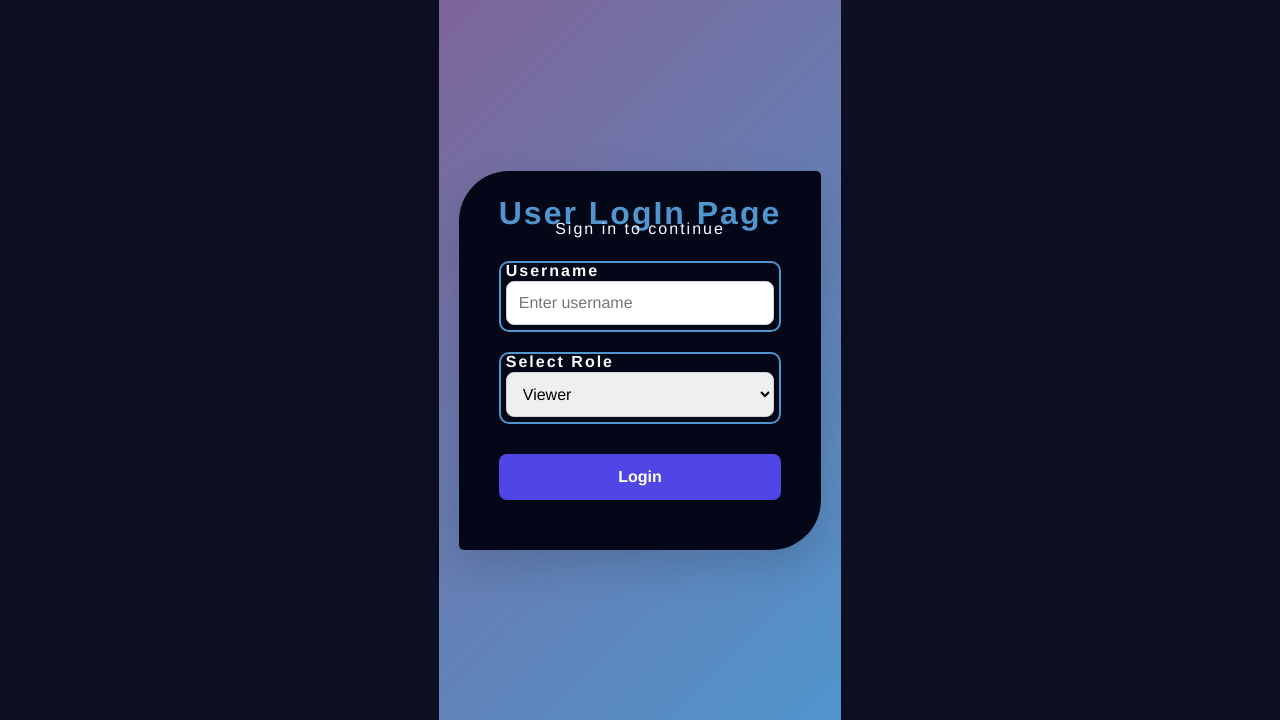
Repository: SolomonChinonso/myUserDashboard
Page: / (app in my-user-dashboard-app/)
The author's editor kept a copy of each file at every save. The page is drawn from the files as they stood at one save, then again after the next save.
The browser window is 1280 px wide. The pictures show the whole page.
The project was rebuilt for these pictures with package versions that can differ from the ones it lists, and the page was loaded fresh each time. Also part of the build but not shown: my-user-dashboard-app/vite.config.ts, my-user-dashboard-app/src/App.css, my-user-dashboard-app/src/pages/Dashboard.tsx, my-user-dashboard-app/src/pages/Profile.tsx, my-user-dashboard-app/src/pages/Settings.tsx, my-user-dashboard-app/src/components/Navbar.tsx, my-user-dashboard-app/src/components/ProtectedRoute.tsx.

Above is the page before, as saved 2026-05-30 14:56:13.

### my-user-dashboard-app/index.html
<!doctype html>
<html lang="en">
  <head>
    <meta charset="UTF-8" />
    <link rel="icon" type="image/svg+xml" href="/favicon.svg" />
    <meta name="viewport" content="width=device-width, initial-scale=1.0" />
    <title>my-user-dashboard-app</title>
  </head>
  <body>
    <div id="root"></div>
    <script type="module" src="/src/main.tsx"></script>
  </body>
</html>

### my-user-dashboard-app/src/main.tsx
import React from "react";
import ReactDOM from "react-dom/client";
import App from "./App";
import { BrowserRouter } from "react-router-dom";
import { AuthProvider } from "./context/AuthProvider"
import "./index.css"


ReactDOM.createRoot(document.getElementById("root")!).render(
  <React.StrictMode>
    <BrowserRouter>
      <AuthProvider>
        <App />
      </AuthProvider>
    </BrowserRouter>
  </React.StrictMode>
);

### my-user-dashboard-app/src/App.tsx
import {
  Routes,
  Route,
  Navigate,
} from "react-router-dom";
import "./App.css"

import Login from "./pages/Login";
import Dashboard from "./pages/Dashboard";
import Profile from "./pages/Profile";
import Settings from "./pages/Settings";

import Navbar from "./components/Navbar";
import ProtectedRoute from "./components/ProtectedRoute";

import { useAuth } from "./hooks/useAuth";

function App() {
  const { user } = useAuth();

  return (
    <div className="app-section">
      {user && <Navbar />}

      <Routes>
        {/* Redirect homepage to login */}
        <Route
          path="/"
          element={<Navigate to="/login" replace />}
        />

        <Route
          path="/login"
          element={<Login />}
        />

        <Route
          path="/dashboard"
          element={
            <ProtectedRoute>
              <Dashboard />
            </ProtectedRoute>
          }
        />

        <Route
          path="/profile"
          element={
            <ProtectedRoute>
              <Profile />
            </ProtectedRoute>
          }
        />

        <Route
          path="/settings"
          element={
            <ProtectedRoute adminOnly>
              <Settings />
            </ProtectedRoute>
          }
        />

        {/* Catch-all route */}
        <Route
          path="*"
          element={<Navigate to="/login" replace />}
        />
      </Routes>
    </div>
  );
}

export default App;

### my-user-dashboard-app/src/context/AuthProvider.tsx
import {
  useState,
  type ReactNode,
} from "react";

import type { User } from "../types/user";

import { AuthContext } from "./AuthContext";

interface AuthProviderProps {
  children: ReactNode;
}

export const AuthProvider = ({
  children,
}: AuthProviderProps) => {
  const [user, setUser] =
    useState<User | null>(null);

  const login = (userData: User) => {
    setUser(userData);
  };

  const logout = () => {
    setUser(null);
  };

  return (
    <AuthContext.Provider
      value={{
        user,
        login,
        logout,
      }}
    >
      {children}
    </AuthContext.Provider>
  );
};

### my-user-dashboard-app/src/index.css
*{
    margin: 0;
    padding: 0;
    font-family: 'Franklin Gothic Medium', 'Arial Narrow', Arial, sans-serif;
    box-sizing: border-box;
}
body{
    display: flex;
    justify-content: center;
    align-items: center;
    letter-spacing: 2px;
    background-color: #0c1022;
}

### my-user-dashboard-app/src/pages/Login.tsx
// import { useState } from "react";
// import { useNavigate } from "react-router-dom";
// import { useAuth } from "../hooks/useAuth";
// import "./Login.css"

// const Login = () => {
//   const [username, setUsername] = useState("");
//   const [role, setRole] = useState("Viewer");

//   const { login } = useAuth();
//   const navigate = useNavigate();

//   const handleLogin = () => {
//     login({
//       username,
//       role: role as "Admin" | "Editor" | "Viewer",
//     });

//     navigate("/dashboard");
//   };

//   return (
//     <div className="login-page">
//       <h1>Login</h1>

//       <input
//         type="text"
//         placeholder="Username"
//         value={username}
//         onChange={(e) => setUsername(e.target.value)}
//       />

//       <select
//         value={role}
//         onChange={(e) => setRole(e.target.value)}
//       >
//         <option>Admin</option>
//         <option>Editor</option>
//         <option>Viewer</option>
//       </select>

//       <button onClick={handleLogin}>
//         Login
//       </button>
//     </div>
//   );
// };

// export default Login;
import { useState } from "react";
import { useNavigate } from "react-router-dom";
import { useAuth } from "../hooks/useAuth";
import "./Login.css";

const Login = () => {
  const [username, setUsername] = useState("");
  const [role, setRole] = useState("Viewer");

  const { login } = useAuth();
  const navigate = useNavigate();

  const handleLogin = () => {
    login({
      username,
      role: role as "Admin" | "Editor" | "Viewer",
    });

    navigate("/dashboard");
  };

  return (
    <div className="login-page">
      <div className="login-card">
        <h1>User LogIn Page</h1>
        <p className="subtitle">
          Sign in to continue
        </p>

        <div className="form-group">
          <label>Username</label>
          <input
            type="text"
            placeholder="Enter username"
            value={username}
            onChange={(e) =>
              setUsername(e.target.value)
            }
          />
        </div>

        <div className="form-group">
          <label>Select Role</label>
          <select
            value={role}
            onChange={(e) =>
              setRole(e.target.value)
            }
          >
            <option>Admin</option>
            <option>Editor</option>
            <option>Viewer</option>
          </select>
        </div>

        <button
          className="login-btn"
          onClick={handleLogin}
        >
          Login
        </button>
      </div>
    </div>
  );
};

export default Login;

### my-user-dashboard-app/src/hooks/useAuth.ts
import { useContext } from "react";

import { AuthContext } from "../context/AuthContext";

export const useAuth = () => {
  const context = useContext(AuthContext);

  if (!context) {
    throw new Error(
      "useAuth must be used inside AuthProvider"
    );
  }

  return context;
};

### my-user-dashboard-app/src/context/AuthContext.ts
import { createContext } from "react";

import type { User } from "../types/user";

export interface AuthContextType {
  user: User | null;
  login: (user: User) => void;
  logout: () => void;
}
export const AuthContext =
  createContext<AuthContextType | null>(null);

### my-user-dashboard-app/src/pages/Login.css
/* Full page layout */
.login-page {
  min-height: 100vh;
  display: flex;
  justify-content: center;
  align-items: center;

  background: linear-gradient(
    135deg,
    #7e6598,
    #5095cd
  );

  padding: 20px;
}

/* Login card */
.login-card {
  width: 100%;
  max-width: 400px;
  height: 70%;
  background: #040717;
  padding: 40px;
  border-radius: 50px 5px;
  display: flex;
  flex-direction: column;
  justify-content: center;
  align-items: center;
  box-shadow: 0 15px 40px
    rgba(0, 0, 0, 0.15);
  line-height: 5px;
  text-align: center;
}

/* Heading */
.login-card h1 {
  margin-bottom: 10px;
  color: #5095cd;
}

.subtitle {
  color: #fafcfe;
  margin-bottom: 30px;
}

/* Form group */
.form-group {
    border: 2px solid #5095cd;
    width: 100%;
    border-radius: 10px;
    padding: 5px;
  display: flex;
  flex-direction: column;
  text-align: left;
  margin-bottom: 20px;
}

.form-group label {
  margin-bottom: 8px;
  font-weight: 600;
  color: #fbfcfe;
}

/* Inputs */
.form-group input,
.form-group select {
  padding: 12px;
  border: 1px solid #d1d5db;
  border-radius: 8px;

  font-size: 16px;
  outline: none;

  transition: 0.3s ease;
}

.form-group input:focus,
.form-group select:focus {
  border-color: #4f46e5;
  box-shadow: 0 0 0 3px
    rgba(79, 70, 229, 0.15);
}

/* Button */
.login-btn {
  width: 100%;
  padding: 14px;

  border: none;
  border-radius: 8px;

  background: #4f46e5;
  color: white;

  font-size: 16px;
  font-weight: bold;

  cursor: pointer;
  transition: 0.3s ease;
}

.login-btn:hover {
  background: #4338ca;
  transform: translateY(-2px);
}

### my-user-dashboard-app/src/components/Navbar.css
nav{
    background-color: rgb(154, 195, 231);
    display: flex;
    justify-content: space-between;
    align-items: center;
    margin: 20px;
    padding: 30px;
    max-width: 100vw;
    border-radius: 50px;

}
.links{
    display: flex;
    gap: 20px;

}
a{
    font-family: Arial, Helvetica, sans-serif;
    text-decoration: none;
    color: rgb(4, 4, 21);

}
button{
    font-size: 1rem;
    color: #4d4894;
    padding: 5px 20px;
    margin: 10px;
    border: 2px solid #0ff;
    border-radius: 50px;
    background: transparent;
    cursor: pointer;
    transition: 0.3s ease-in-out;
}
span{
    order: -1;
    background: white;
    color: rgb(22, 24, 86);
}

After the next save:
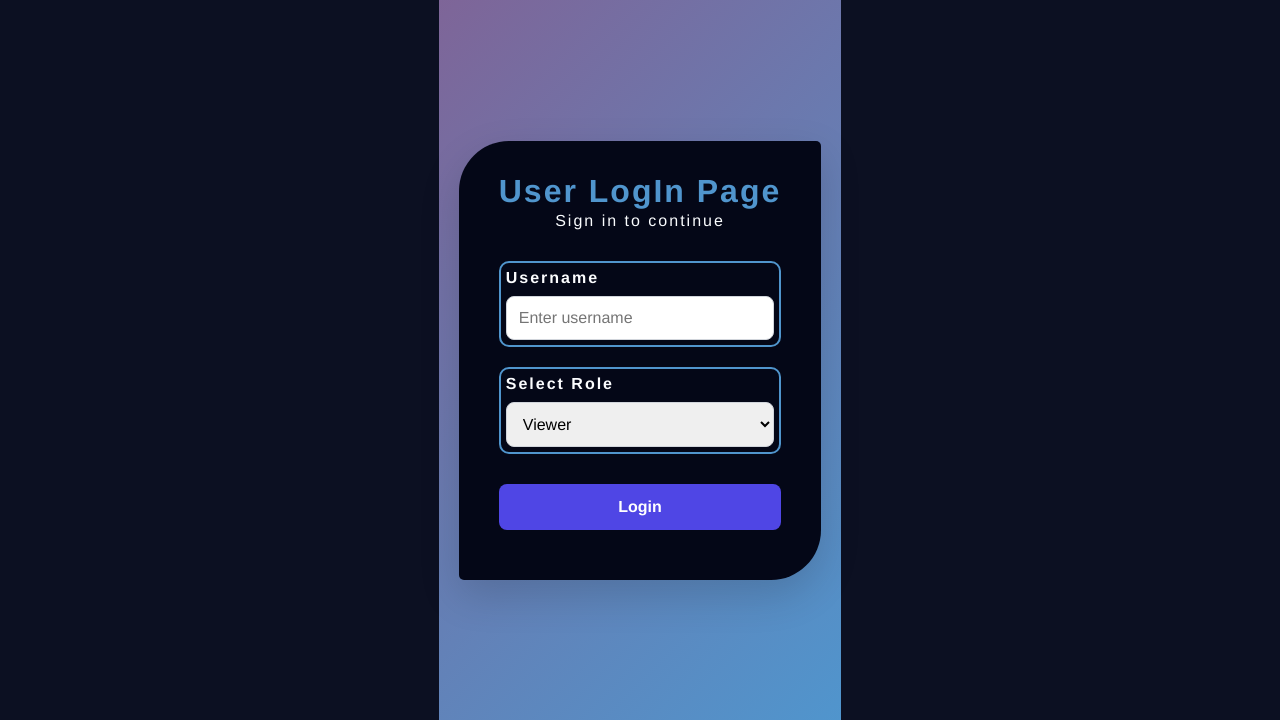
Saved 7 s later.
--- a/my-user-dashboard-app/src/pages/Login.css
+++ b/my-user-dashboard-app/src/pages/Login.css
@@ -28,7 +28,7 @@
   align-items: center;
   box-shadow: 0 15px 40px
     rgba(0, 0, 0, 0.15);
-  line-height: 5px;
+  line-height: 20px;
   text-align: center;
 }
 
